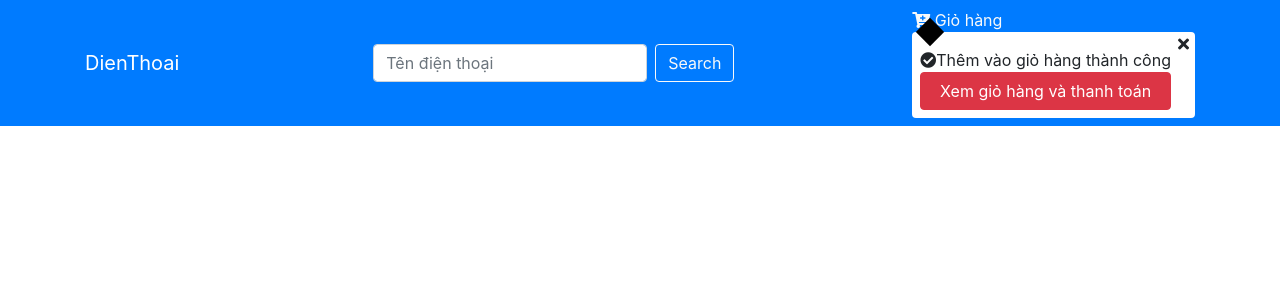
Repository: dovanthao2404/BC14_Bai_Tap_Ban_Dien_Thoai_dovanthao
Page: app/views/index.html
These files come from the project's save history. The page is drawn as it stood at one moment and after the next save; the edit follows.
The browser window is 1280 px wide. The pictures show the whole page.
Some web libraries are served in a nearby version. The style sheet was rebuilt from its Sass, Less or Tailwind sources for each picture, by a compiler version that may differ from the author's.

Above is the page before, as saved 2021-08-14 16:11:35.
Console error (its wording comes from the project's code and is left out).

After the next save:
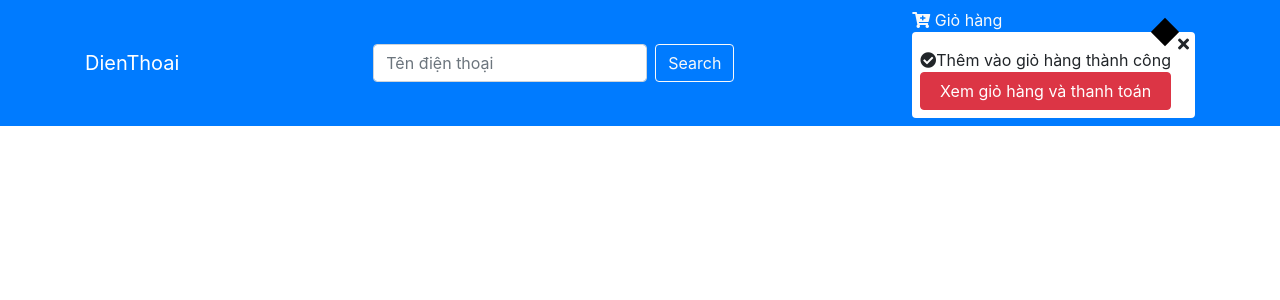
Saved 7 s later.
--- a/assets/scss/main.scss
+++ b/assets/scss/main.scss
@@ -31,6 +31,7 @@
     background-color: #000;
     transform: rotate(45deg);
     top: -10px;
+    right: 20px;
   }
 
   .icon-close {
